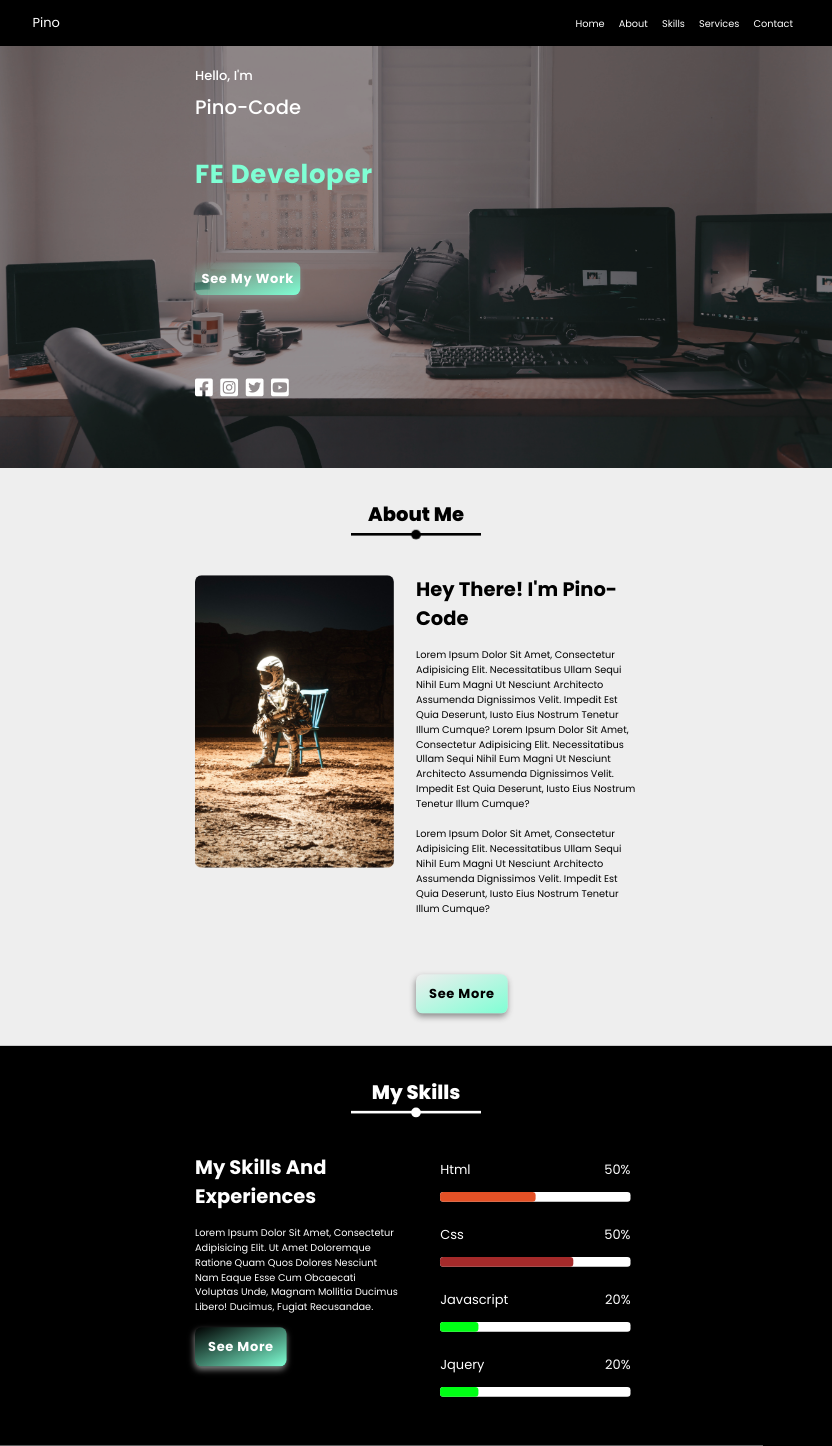
Repository: Pinocoding/New
Page: index.html
An editor plug-in stored every save of this project. The page is shown before and after the next save, followed by the edit.
The browser window is 1280 px wide. The pictures show the whole page, at 65% of full size.
Backgrounds fixed to the window are drawn as part of the page.

Above is the page before, as saved 2021-10-13 22:44:28.

### index.html
<!DOCTYPE html>
<html lang="en">
<head>
  <meta charset="UTF-8">
  <meta http-equiv="X-UA-Compatible" content="IE=edge">
  <meta name="viewport" content="width=device-width, initial-scale=1.0">
  <title>Document</title>
  <link rel="stylesheet" href="style.css">
  <link rel="stylesheet" href="https://cdnjs.cloudflare.com/ajax/libs/font-awesome/6.0.0-beta2/css/all.min.css" integrity="sha512-YWzhKL2whUzgiheMoBFwW8CKV4qpHQAEuvilg9FAn5VJUDwKZZxkJNuGM4XkWuk94WCrrwslk8yWNGmY1EduTA==" crossorigin="anonymous" referrerpolicy="no-referrer" />


</head>
<body>
  <!-- header -->
  <header>
    <a href="#main" class="brand">Pino</a>
    <div class="navigation">
        <a href="#main">home</a>
        <a href="#about">About</a>
        <a href="#skills">Skills</a>
        <a href="#Services">Services</a>
        <a href="#contact">Contact</a>
    </div>
  </header>
  <!--  -->
  <!-- section main  -->
  <section class="main">
    <div class="layout"></div>
    <div class="content">
    <h2>hello, I'm<br><span>Pino-code</span></h2>
    <div class="animated-text">
      <h3>FE developer</h3>
      <h3>Best Yasuo TT 7</h3>
      <h3>Best NoVo CS GO</h3>
    </div>
    <a href="#about" class="btn">see my work</a>
    <div class="media-icon">
      <a href="#"><i class="fab fa-facebook-square"></i></a>
      <a href="#"><i class="fab fa-instagram-square"></i></a>
      <a href="#"><i class="fab fa-twitter-square"></i></a>
      <a href="#"><i class="fab fa-youtube-square"></i></a>
    </div>
  </div>

  </section>
  <!--  -->
  <!-- section about -->
  <section class="about" id="about">
    <!-- title -->
    <div class="title">
      <h2 class="section-title">
        about me
      </h2>
    </div>
    <!--  -->
    <!-- content -->
    <div class="content">
      <div class="column col-left">
        <div class="img-card">
          <img src="/img/002.jpg" alt="">
        </div>
      </div>
      <div class="column col-right">
        <h2 class="content-title">Hey there! i'm pino-code</h2>
        <p>Lorem ipsum dolor sit amet, consectetur adipisicing elit. Necessitatibus ullam sequi nihil eum magni ut nesciunt architecto assumenda dignissimos velit. Impedit est quia deserunt, iusto eius nostrum tenetur illum cumque?
          Lorem ipsum dolor sit amet, consectetur adipisicing elit. Necessitatibus ullam sequi nihil eum magni ut nesciunt architecto assumenda dignissimos velit. Impedit est quia deserunt, iusto eius nostrum tenetur illum cumque?
          <br>
          <br>
          Lorem ipsum dolor sit amet, consectetur adipisicing elit. Necessitatibus ullam sequi nihil eum magni ut nesciunt architecto assumenda dignissimos velit. Impedit est quia deserunt, iusto eius nostrum tenetur illum cumque?
        </p>
        <a href="#about" class="btn">See more</a>
      </div>
    </div>
      <!--  -->


    </section>
    <!--  -->
    <!-- section skills -->
    <section class="skills" id="skills">
      <div class="title">
        <h2 class="section-title">
          my skills
        </h2>
      </div>
      <div class="content">
        <div class="column col-left">
          <h2 class="content-title">
            my skills and experiences</h2>
            <p>Lorem ipsum dolor sit amet, consectetur adipisicing elit. Ut amet doloremque ratione quam quos dolores nesciunt nam eaque esse cum obcaecati voluptas unde, magnam mollitia ducimus libero! Ducimus, fugiat recusandae.</p>
            <a href="#" class="btn">see more</a>
        </div>

      <div class="column col-right">
        <div class="bar">
          <div class="infor">
            <span>html</span>
            <span>50%</span>
          </div>
          <div class="line html"></div>
        </div>
        <div class="bar">
          <div class="infor">
            <span>css</span>
            <span>50%</span>
          </div>
          <div class="line css"></div>
        </div>
        <div class="bar">
          <div class="infor">
            <span>javascript</span>
            <span>20%</span>
          </div>
          <div class="line javascript"></div>
        </div>
        <div class="bar">
          <div class="infor">
            <span>jquery</span>
            <span>20%</span>
          </div>
          <div class="line jquery"></div>
        </div>
      </div>

      </div>
    </section>


  <script
  src="https://code.jquery.com/jquery-3.6.0.js"
  integrity="sha256-H+K7U5CnXl1h5ywQfKtSj8PCmoN9aaq30gDh27Xc0jk="
  crossorigin="anonymous"></script>
  <script src="function.js"></script>
</body>
</html>

### style.css
@import url("https://fonts.googleapis.com/css2?family=Poppins:wght@300;400;500;700;800&display=swap");
* {
  font-size: 62.5%;
  font-family: "Poppins", sans-serif;
  margin: 0;
  padding: 0;
  box-sizing: border-box;
  text-transform: capitalize;
}
body {
  min-height: 110vh;
  background: #eee;
}
/* for header */
header {
  position: fixed;
  z-index: 99;
  background: rgb(0, 0, 0);
  top: 0;
  left: 0;
  width: 100%;
  padding: 2rem 5rem;
  display: flex;
  justify-content: space-between;
  align-items: center;
}
/* hover navigation */
header .navigation a:hover {
  color: aquamarine;
}
/*header sticky */
header.sticky {
  background: rgba(0, 0, 0, 0.26);
}
/*  */
header .brand {
  text-decoration: none;
  font-size: 2rem;
  color: white;
}
header .navigation a {
  font-size: 1.5rem;
  text-decoration: none;
  color: white;
  padding: 0 1rem;
}
/*  */
section {
  padding: 5rem 30rem;
}
/* for banner */
.main {
  position: relative;
  width: 100%;
  min-height: 100vh;
  display: flex;
  align-items: center;
  background: url("/img/0.jpg") no-repeat;
  background-size: cover;
  background-position: center;
  background-attachment: fixed;
  z-index: 1;
}
.main .layout {
  position: absolute;
  top: 0;
  left: 0;
  width: 100%;
  height: 100%;
  background: black;
  opacity: 0.3;
  z-index: -1;
}
.main .content {
  max-width: 100rem;
}
.main .content h2 {
  margin-bottom: 5rem;
  color: white;
  font-size: 2rem;
  font-weight: 500;
  line-height: 5rem;
}
.main .content h2 span {
  font-size: 3rem;
}

.animated-text {
  position: relative;
  height: 6rem;
  overflow: hidden;
}
.animated-text h3 {
  color: aquamarine;
  font-size: 4rem;
  font-weight: 700;
  line-height: 60px;
  letter-spacing: 1px;
}
/* animated text for h3 */
.animated-text h3:nth-child(1) {
  animation: text-move 7s infinite;
}
@keyframes text-move {
  0% {
    margin-top: 0;
  }
  25% {
    margin-top: -60px;
  }
  50% {
    margin-top: -120px;
  }
  100% {
    margin-top: 0;
  }
}
/*  */
.main .btn {
  margin-top: 10rem;
  color: white;
  background: linear-gradient(to top left, aquamarine, transparent);
  font-size: 2rem;
  font-weight: 700;
  display: inline-block;
  padding: 10px 10px;
  text-decoration: uppercase;
  text-decoration: none;
  letter-spacing: 1px;
  border-radius: 10px;
  box-shadow: -1px 5px 10px #888888;
  transition: 0.5s ease;
}
.btn:hover {
  transform: scale(1.1);
}

.media-icon {
  margin-top: 10rem;
}
.media-icon a {
  color: white;
  font-size: 5rem;
  margin-right: 1rem;
  transition-property: transform, color;
  transition: 0.2s;
}
.media-icon a:hover i {
  color: aquamarine;
  transform: translateY(-2px);
  transition: 0.2s;
}
/*  */
/* for section about  */
.title {
  width: 100%;
  display: flex;
  justify-content: center;
  align-items: center;
  flex-direction: column;
}
/* gach dưới , chấm */
.section-title {
  text-transform: capitalize;
  position: relative;
  color: black;
  font-size: 3rem;
  font-weight: 800;
  margin-bottom: 5rem;
}
.section-title:after {
  content: "";
  position: absolute;
  top: 50px;
  left: 50%;
  width: 20rem;
  height: 4px;
  transform: translateX(-50%);
  background: currentColor;
}
.section-title::before {
  content: "";
  position: absolute;
  top: 45px;
  left: 50%;
  /* padding: 2rem 2rem; */
  width: 15px;
  height: 15px;
  border-radius: 50%;
  background: black;
  /* background: #eee; */
  z-index: 99;
  transform: translate(-50%);
}

/*  */
/*  content */
.about .content {
  position: relative;
  width: 100%;
  display: flex;
  justify-content: space-between;
  margin-top: 2rem;
}
/* content > col-left */
.about .content .col-left {
  position: relative;
  width: 45%;
}
.about .content .col-left .img-card {
  position: relative;
  width: 100%;
  min-height: 45rem;
}
.about .content .col-left .img-card img {
  position: absolute;
  top: 0;
  left: 0;
  width: 100%;
  height: 100%;
  object-fit: cover;
  border-radius: 10px;
}
/* content > col-right */
.about .content .col-right {
  width: 50%;
  position: relative;
}
.content-title {
  font-size: 3rem;
  margin-bottom: 2rem;
}
.about .content .col-right p {
  font-size: 1.5rem;
}
.column .btn {
  margin-top: 9rem;
  color: black;
  background: linear-gradient(to top left, aquamarine, transparent);
  font-size: 2rem;
  font-weight: 700;
  display: inline-block;
  padding: 15px 20px;
  text-decoration: uppercase;
  text-decoration: none;
  letter-spacing: 1px;
  border-radius: 10px;
  box-shadow: -1px 5px 10px #888888;
  transition: 0.5s ease;
}
.btn:hover {
  transform: scale(1.1);
}
/*  */
/* skills */
.skills {
  background: black;
}
.skills .section-title {
  color: white;
}

.skills .section-title::before {
  background: currentColor;
}
.skills .content {
  position: relative;
  width: 100%;
  display: flex;
  justify-content: space-between;
  color: white;
  margin-top: 2rem;
}
/* skills => col-left */
.skills .content .col-left {
  position: relative;
  width: 46%;
}
/*  */
/* skills => col-right */
.skills .content .col-right {
  position: relative;
  width: 46%;
}
.skills .content .col-right .bar {
  margin-bottom: 15px;
  padding: 10px;
}
.skills .content .col-right .bar .infor {
  display: flex;
  align-items: center;
  justify-content: space-between;
  margin-bottom: 2rem;
}

.skills .content .col-right .bar .infor span {
  font-size: 2rem;
}
/* thanh % */
.skills .content .col-right .bar .line {
  position: relative;
  width: 100%;
  height: 15px;
  border-radius: 5px;
  background: white;
}
.skills .content .col-right .bar .line::before {
  content: "";
  position: absolute;
  top: 0;
  left: 0;

  height: 100%;
  /* background-color: rgb(42, 40, 136); */
  border-radius: 5px;
}
.skills .content .col-right .bar .html::before {
  width: 50%;
  background: #e45126;
}
.skills .content .col-right .bar .css::before {
  width: 70%;
  background-color: brown;
}
.skills .content .col-right .bar .javascript::before {
  width: 20%;
  background-color: rgb(0, 255, 21);
}
.skills .content .col-right .bar .jquery::before {
  width: 20%;
  background-color: rgb(0, 255, 21);
}

/*  */
.skills p {
  font-size: 1.5rem;
}
.skills .btn {
  margin-top: 2rem;
  color: white;

  background: linear-gradient(to top left, aquamarine, transparent);
  font-size: 2rem;
  font-weight: 700;
  display: inline-block;
  padding: 15px 20px;
  text-decoration: uppercase;
  text-decoration: none;
  letter-spacing: 1px;
  border-radius: 10px;
  /* box-shadow: -1px 5px 10px #888888; */
  transition: 0.5s ease;
}
.btn:hover {
  transform: scale(1.1);
}
/*  */

### function.js
// js for navication bar on scroll
window.addEventListener("scroll", function () {
  const header = document.querySelector("header");
  header.classList.toggle("sticky", window.scrollY > 0);
});

After the next save:
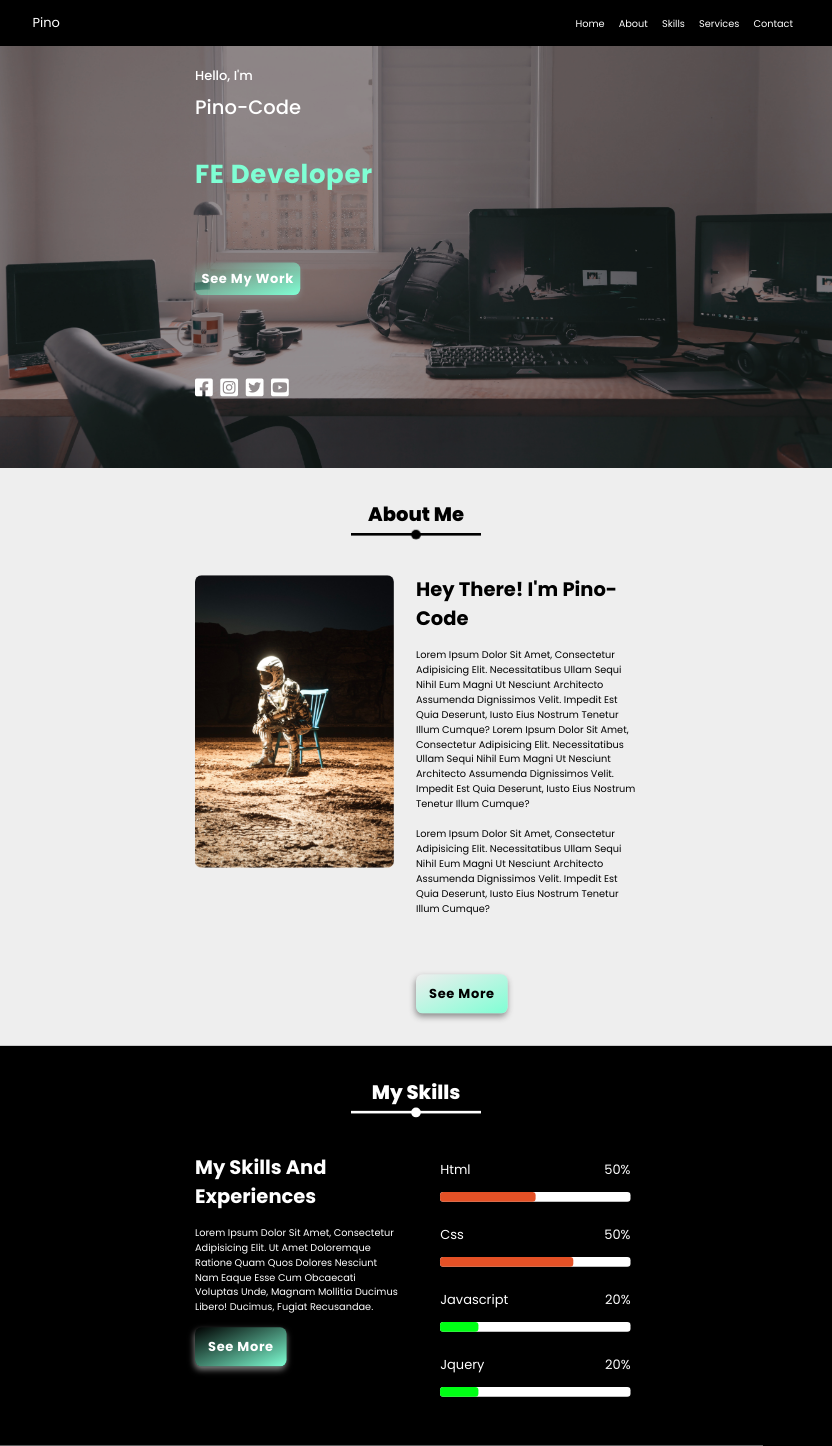
Saved 15 s later.
--- a/style.css
+++ b/style.css
@@ -320,7 +320,7 @@ section {
 }
 .skills .content .col-right .bar .css::before {
   width: 70%;
-  background-color: brown;
+  background: #e45126;
 }
 .skills .content .col-right .bar .javascript::before {
   width: 20%;
